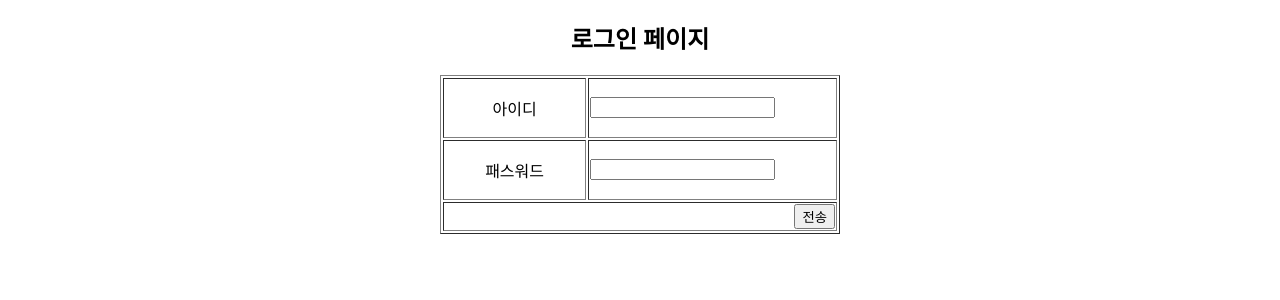
Repository: kdw1437/CreateBoardProject
Page: http://localhost/JSP2/RequestLogin.jsp
These files come from the project's save history. The page is drawn as it stood at one moment and after the next save; the edit follows.
The browser window is 1280 px wide. The pictures show the whole page.
The page is served by Tomcat 9.

Above is the page before, as saved 2024-08-05 08:36:19.

### JSP2/src/main/webapp/RequestLogin.jsp
<%@ page language="java" contentType="text/html; charset=EUC-KR"
    pageEncoding="EUC-KR"%>
<!DOCTYPE html>
<html>
<head>
<meta charset="EUC-KR">
<title>Insert title here</title>
</head>
<body>

	<center>
	<h2> 로그인 페이지</h2>

	<form action="RequestLoginProc.jsp" method="get">
	<table width="400" border="1">
	<tr height="60">
		<td align="center" width=150"> 아이디 </td>
		<td align="left" width="250">
			<input type="text" name="id">
		</td>
	</tr>
	<tr height="60">
		<td align="center" width="150"> 패스워드 </td>
		<td align="left" width="250">
			<input type="password" name="pass">
		</td>
	</tr>

	</tr height="60">
		<td colspan="2" align="right">
		<input type ="submit" value="전송">
		</td>
	</tr>
	</table>


	</form>


	</center>


</body>
</html>

After the next save:
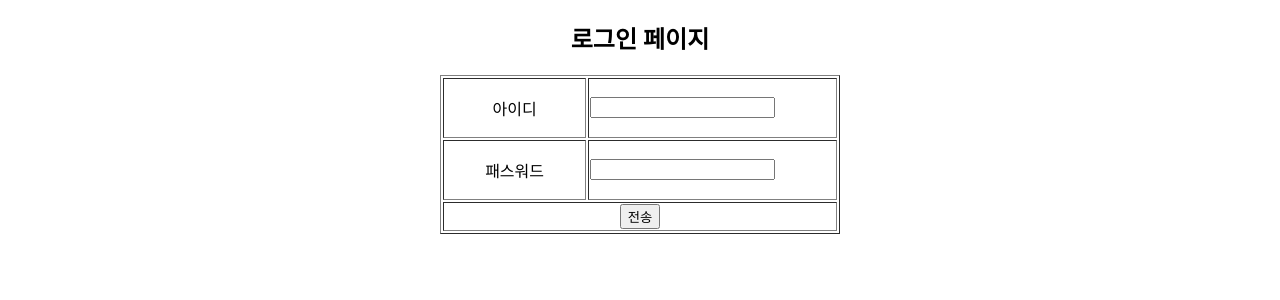
Saved 22 s later.
--- a/JSP2/src/main/webapp/RequestLogin.jsp
+++ b/JSP2/src/main/webapp/RequestLogin.jsp
@@ -27,7 +27,7 @@
 	</tr>
 
 	</tr height="60">
-		<td colspan="2" align="right">
+		<td colspan="2" align="center">
 		<input type ="submit" value="전송">
 		</td>
 	</tr>
